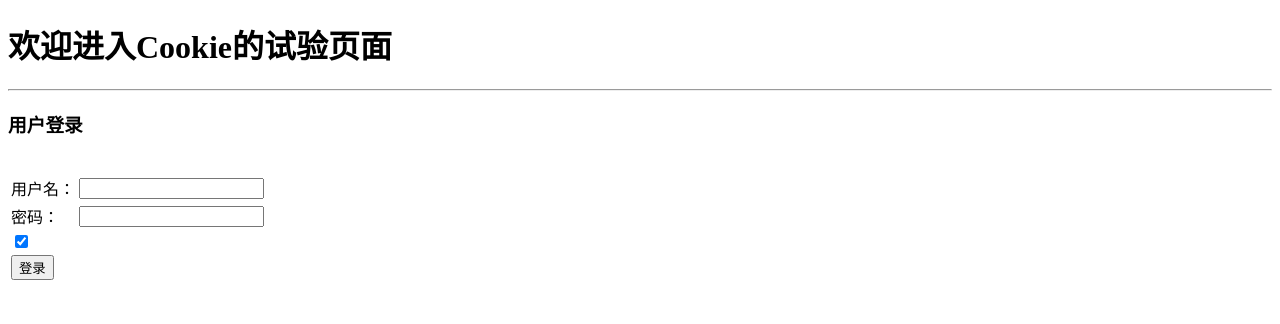
Repository: winxblast/myJavaLearn
Page: http://localhost/CookieDemo1/login.jsp
The author's editor kept a copy of each file at every save. The page is drawn from the files as they stood at one save, then again after the next save.
The browser window is 1280 px wide. The pictures show the whole page.
The page is served by Tomcat 9.

Above is the page before, as saved 2017-05-30 13:04:18.

### JavaEE/CookieDemo1/WebContent/login.jsp
<%@ page language="java" contentType="text/html; charset=UTF-8"
    pageEncoding="UTF-8"%>
<!DOCTYPE html PUBLIC "-//W3C//DTD HTML 4.01 Transitional//EN" "http://www.w3.org/TR/html4/loose.dtd">
<html>
<head>
<meta http-equiv="Content-Type" content="text/html; charset=UTF-8">
<title>Insert title here</title>
</head>
<body>
	<h1>欢迎进入Cookie的试验页面</h1>
	<hr>
	<h3>用户登录</h3><br>
	<form action="dologin.jsp" name="loginForm" method="post">
		<table>
			<tr>
				<td>用户名：</td>
				<td><input type="text" name="username"></td>
			</tr>
			<tr>
				<td>密码：</td>
				<td><input type="password" name="password"></td>
			</tr>
			<tr>
				<td colspan="2"><input type="checkbox" name="isUseCookie" checked="checked" value="十天内"></td>
			</tr>
			<tr>
				<td colspan="2"><input type="submit" value="登录"></td>
			</tr>
		</table>
	</form>
</body>
</html>

After the next save:
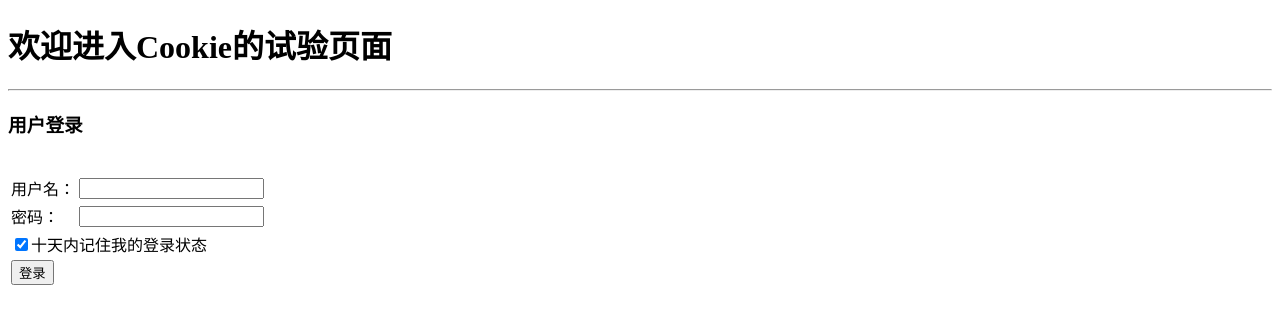
Saved 2 min 28 s later.
--- a/JavaEE/CookieDemo1/WebContent/login.jsp
+++ b/JavaEE/CookieDemo1/WebContent/login.jsp
@@ -21,7 +21,7 @@
 				<td><input type="password" name="password"></td>
 			</tr>
 			<tr>
-				<td colspan="2"><input type="checkbox" name="isUseCookie" checked="checked" value="十天内"></td>
+				<td colspan="2"><input type="checkbox" name="isUseCookie" checked="checked" >十天内记住我的登录状态</td>
 			</tr>
 			<tr>
 				<td colspan="2"><input type="submit" value="登录"></td>
